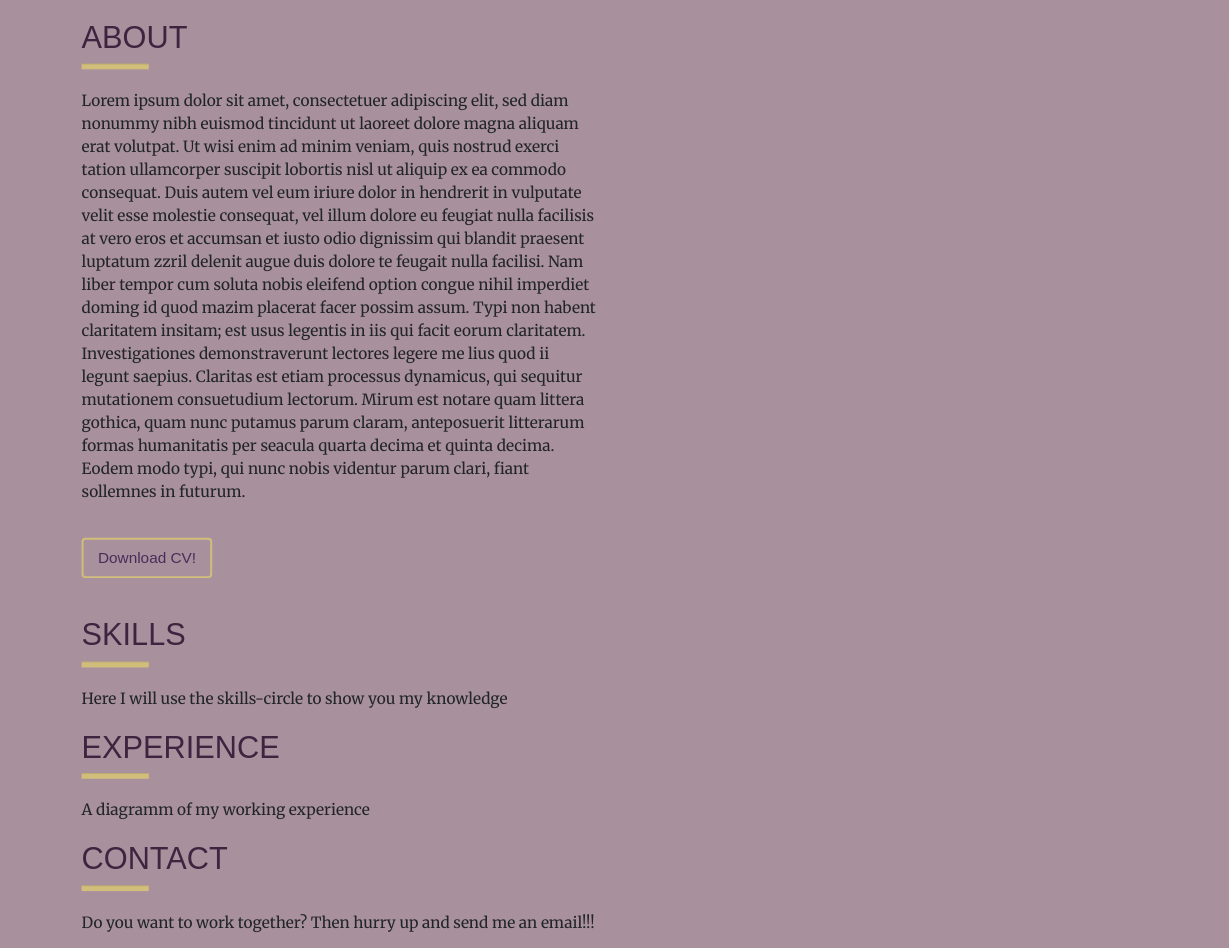
Repository: edshuli/Portfolio
Page: index.html
The author's editor kept a record of every edit. The page is drawn from the files as they stood at one moment, then again after the next edit.
The browser window is 1280 px wide. The pictures show the part of the page from y = 720 to 1708 px (the page is 1708 px tall), at 96% of full size.
Backgrounds fixed to the window are drawn as part of the page. Some web fonts or font styles are not loaded; a fallback is used.

Above is the page before.

### index.html
<!DOCTYPE html>
<html lang="en">

<head>
    <meta charset="UTF-8">
    <meta name="viewport" content="width=device-width, initial-scale=1.0">
    <meta http-equiv="X-UA-Compatible" content="ie=edge">
    <link rel="stylesheet" href="https://stackpath.bootstrapcdn.com/bootstrap/4.3.1/css/bootstrap.min.css" type="text/css" />
    <link rel="stylesheet" href="https://stackpath.bootstrapcdn.com/font-awesome/4.7.0/css/font-awesome.min.css" type="text/css" />
    <link rel="stylesheet" href="https://cdnjs.cloudflare.com/ajax/libs/hover.css/2.3.1/css/hover-min.css" type="text/css" />
    <link rel="stylesheet" href="assets/css/style.css" type="text/css" />
    <title>Edna Shuli - Full Stack Web Developer</title>
</head>

<body>

    <div class="container-fluid navbar-menu">
        <div class="row">
            <div class="col-12">
                <!-- NAVBAR -->
                <nav class="navbar navbar-expand-sm fixed-top navbar-light ">
                    <a href="index.html" class="navbar-brand"><i class="fa fa-home" aria-hidden="true"></i>Ed.Sh</a>
                    <button class="navbar-toggler" type="button" data-toggle="collapse" data-target="#menuDropdown" aria-controls="menuDropdown" aria-expanded="false" aria-label="Toggle navigation">
           <span class="navbar-toggler-icon"></span>
       </button>

                    <div id="menuDropdown" class="navbar-collapse collapse">
                        <ul class="navbar-nav mr-auto">
                            <li><a class="nav-link text-uppercase" href="#">about</a></li>
                            <li><a class="nav-link text-uppercase" href="#">skills</a></li>
                            <li><a class="nav-link text-uppercase" href="#">work</a></li>
                            <li><a class="nav-link text-uppercase" href="#">education</a></li>
                            <li><a class="nav-link text-uppercase" href="#">contact</a></li>
                            <li><a class="nav-link text-uppercase" href="#">cv</a></li>
                        </ul>
                    </div>
            </div>
        </div>
        </nav>
    </div>
    <div class="container-fluid homepage-container ">
        <div class="row">
            <div class="col-12">
                <!--  <div class="opaque-overlay">&nbsp;</div> -->
                <div class="jumbotron ">
                    <h1 class="header">Hi! I'm </br><span class="name">
            Edna Shuli</span></h1>
                    <p class="title">Full Stack Web Developer</p>
                </div>
            </div>
        </div>
    </div>

    <!-- <div class="container-fluid homepage-container"> -->

    <!-- NAVBAR -->
    <!--    <nav class="navbar navbar-light navbar-fixed-top ">
            <div class="navbar-container">
                <button class="navbar-toggler" type="button" data-toggle="collapse" data-target="#menuDropdown" aria-controls="menuDropdown" aria-expanded="false" aria-label="Toggle navigation">
           <span class="navbar-toggler-icon"></span>
       </button>

                <div id="menuDropdown" class="navbar-collapse collapse">
                    <ul class="navbar-nav ">
                        <li><a href="#">home</a></li>
                        <li><a href="#">about</a></li>
                        <li><a href="#">skills</a></li>
                        <li><a href="#">experience</a></li>
                        <li><a href="#">education</a></li>
                        <li><a href="#">contact</a></li>
                        <li><a href="#">cv</a></li>
                    </ul>
                </div>
            </div>
        </nav> -->
    <!-- JUMBOTRON-->

    <!--   <div class="jumbotron jumbotron-fluid "> -->
    <!-- <div class="opaque-overlay">&nbsp;</div> -->
    <!--       <h1 class="header text-uppercase">Hi! I'm </br><span class="name">
            Edna Shuli</span></h1>
            <h2 class="title">Full Stack Web Developer</h2>
        </div>
    </div>
-->




    <!-- ABOUT ME -->
    <section class="aboutme">
        <div class="container aboutme-container">
            <div class="row">
                <div class="col-md-6">

                    <h2 class="text-uppercase">About</h2>
                    <hr class="title-divider">
                    <div class="aboutmeitem">
                        <p>Lorem ipsum dolor sit amet, consectetuer adipiscing elit, sed diam nonummy nibh euismod tincidunt ut laoreet dolore magna aliquam erat volutpat. Ut wisi enim ad minim veniam, quis nostrud exerci tation ullamcorper suscipit lobortis
                            nisl ut aliquip ex ea commodo consequat. Duis autem vel eum iriure dolor in hendrerit in vulputate velit esse molestie consequat, vel illum dolore eu feugiat nulla facilisis at vero eros et accumsan et iusto odio dignissim
                            qui blandit praesent luptatum zzril delenit augue duis dolore te feugait nulla facilisi. Nam liber tempor cum soluta nobis eleifend option congue nihil imperdiet doming id quod mazim placerat facer possim assum. Typi non habent
                            claritatem insitam; est usus legentis in iis qui facit eorum claritatem. Investigationes demonstraverunt lectores legere me lius quod ii legunt saepius. Claritas est etiam processus dynamicus, qui sequitur mutationem consuetudium
                            lectorum. Mirum est notare quam littera gothica, quam nunc putamus parum claram, anteposuerit litterarum formas humanitatis per seacula quarta decima et quinta decima. Eodem modo typi, qui nunc nobis videntur parum clari, fiant
                            sollemnes in futurum.</p>
                    </div>
                    <button class="btn">Download CV!</button>
                </div>



            </div>
        </div>
    </section>



    <!-- Skills -->
    <div class="container skills-container">
        <section class="skills">
            <h2 class="text-uppercase">Skills</h2>
            <hr class="title-divider">
            <div class="skillsitem">
                <p>Here I will use the skills-circle to show you my knowledge</p>
            </div>
        </section>
    </div>



    <!-- Experience -->
    <div class="container experience-container">
        <section class="experience">
            <h2 class="text-uppercase">Experience</h2>
            <hr class="title-divider">
            <div class="work-history">
                <p>A diagramm of my working experience</p>
            </div>
        </section>
    </div>




    <!-- Contact -->
    <div class="container contact-container">
        <section class="contact">
            <h2 class="text-uppercase">Contact</h2>
            <hr class="title-divider">
            <div class="contact-info">
                <p>Do you want to work together? Then hurry up and send me an email!!!</p>
            </div>
        </section>
    </div>


    <!-- Download
        <section class="downloadcv">
           <button class="btn">Download CV!</button
        </section>
       -->
    <footer>

    </footer>

    <script src="https://code.jquery.com/jquery-3.3.1.slim.min.js" integrity="sha384-q8i/X+965DzO0rT7abK41JStQIAqVgRVzpbzo5smXKp4YfRvH+8abtTE1Pi6jizo" crossorigin="anonymous"></script>
    <script src="https://cdnjs.cloudflare.com/ajax/libs/popper.js/1.14.7/umd/popper.min.js" integrity="sha384-UO2eT0CpHqdSJQ6hJty5KVphtPhzWj9WO1clHTMGa3JDZwrnQq4sF86dIHNDz0W1" crossorigin="anonymous"></script>
    <script src="https://stackpath.bootstrapcdn.com/bootstrap/4.3.1/js/bootstrap.min.js" integrity="sha384-JjSmVgyd0p3pXB1rRibZUAYoIIy6OrQ6VrjIEaFf/nJGzIxFDsf4x0xIM+B07jRM" crossorigin="anonymous"></script>
</body>


</html>

### assets/css/style.css
@import url('https://fonts.googleapis.com/css?family=Merriweather:100,200,300,400,500,600,700|Playfair+Display:100,200,300,400,500,600,700|Nanum+Gothic:100,200,300,400');

body {
    font-family: "Merriweather", sans-serif;
    background-color: #a9909d;
}


/* ------------------------Button/Download--------------------*/

.btn {
    font: 16px "Playfair", sans-serif;
    color: #472e5a;
    margin: 20px 0px;
    padding: 10px 15px;
    border: 2px solid #d1be7b;
    display: inline-block;
}

/*---------------------HOMEPAGE/JUMBOTRON--------------------*/

.homepage-container {
    height: 100vh;
    background: url(../images/logo1.jpg) no-repeat center center fixed;
    -webkit-background-size: cover;
    -moz-background-size: cover;
    -o-background-size: cover;
    background-size: cover;

    display: flex;
    align-items: center;
    justify-content: center;
}



/*------------------------Jumbotron ---------------------*/

.jumbotron {
    background-color: transparent;
    margin-bottom: 0px;
    padding: 150px 700px 50px 0;
}

.header {
    color: #3e2832;
    font-size: 45px;
    font-weight: 300;
    margin-bottom: 10px;
}


.header {
    font-family: "Playfair", sans-serif;
}

span {
    font-family: "Merriweather", sans-serif;
}

.title {
    font-family: "Playfair", sans-serif;
    border-bottom-width: 1px;
    border-bottom-style: solid;
    border-bottom-color: #4f3943;
    border-top-width: 1px;
    border-top-style: solid;
    border-top-color: #4f3943;
    color: #4f3943;
    font-size: 25px;
    font-weight: 300;
    text-transform: uppercase;
    letter-spacing: 1px;
    padding: 15px 0;
}


/*---------------------------------Navbar ------------*/

.navbar {
    background-color: rgba(0, 0, 0, 0.7);
    overflow: hidden;
    position: fixed;

}

.navbar-menu {
    padding-left: 0;
    padding-right: 0;

}

.navbar-light .navbar-brand {
    letter-spacing: 1px;
    color: #d1be7b;
    font-size: 20px;
    font-weight: bold;

}

.navbar .navbar-nav a {
    font-weight: bold;
    color: #d1be7b;
    letter-spacing: 1px;
    text-decoration: none;
}

.navbar-light .navbar-nav .nav-link {
    color: #d1be7b;
}

.fa-home {
    color: #d1be7b;
}



/*-----------For mobile ------------*/

.navbar-collapse {
    text-align: right;
    display: block;
}

.navbar-toggler {
    line-height: 1;
    background-color: #f8f9fa7a;
    border: 1px solid #fafaf8;
    border-radius: .25rem;
}

/*----------------------------TITLES/HEADERS----------------------------*/

h2 {
    font-family: "Nanum+Gothic", sans-serif;
    color: #3f2440;
    background-color: transparent;
    margin-top:20px;
}

.title-divider{
    width: 70px;
    height: 5px;
    background-color: #d1be7b;
    margin: 0 0 20px 0;
}

/*--------------------------ABOUT ME-------------------*/

a{
    text-decoration: none;
    color:#3f2440;
}

ul{
    padding:0;
}

.personal-info ul li {
    border-bottom: 1px solid #d1be7b;
    padding: 35px 0;
    list-style:none;
    color:#3f2440;

}

.aboutme-container {}

.skills-container {}

.experience-container {}


.contact-container {}


/*------------------ MEDIA QUERRIES--------------*/

@media (max-width: 992px) {
    .homepage-container {
        background-attachment: scroll;
    }
}

/*
@media (min-width:768px){
    .jumbotron{
        padding-top:48px;
        padding-bottom:48px;
    }
}

*/

/*
.logo{
    background: url(../images/logo.jpg);
    background-position: center;
    background-repeat: no-repeat;
    background-size: cover;
    height: 300px;
    width: 200px;
}
.menucontainer{
  height: 100%;
  width: 200px;
  position: fixed;
  z-index: 1;
  top: 0;
  left: 0;
  background-color:rgba(105,52,102,1.3);
  overflow-x: hidden;
  padding-top: 250px;

}

.menuitem {
  padding: 6px 6px 6px 10px;
  text-decoration: none;
  font-size: 14px;
  color: #e5c54b;
  display: block;
  text-transform: uppercase;
}


*/

After the next edit:
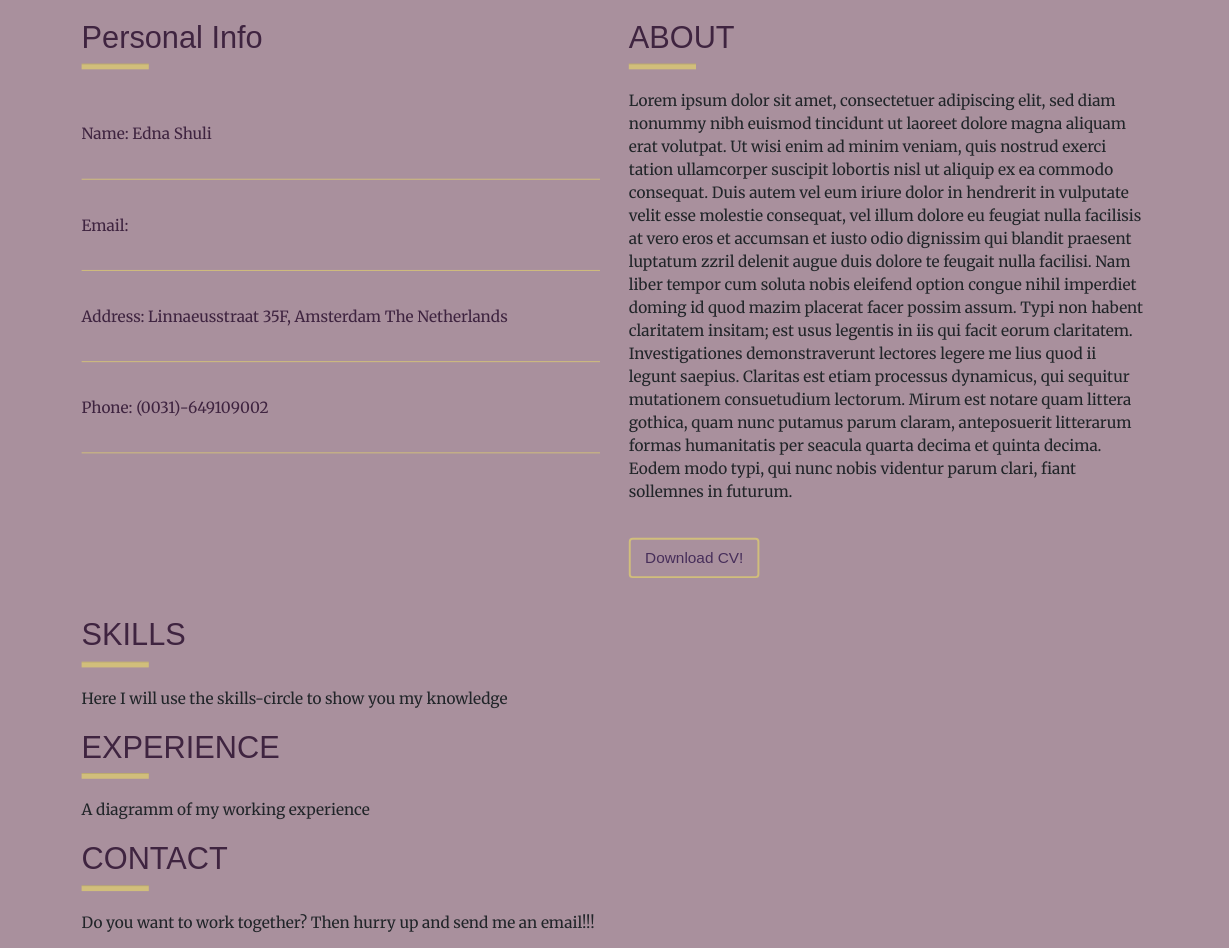
The edit:
--- a/index.html
+++ b/index.html
@@ -92,7 +92,18 @@
         <div class="container aboutme-container">
             <div class="row">
                 <div class="col-md-6">
-
+                   <div class="personal-info">
+                       <h2 class="uppercase">Personal Info</h2>
+                       <hr class="title-divider">
+                       <ul>
+                           <li>Name: Edna  Shuli</li>
+                           <li>Email: <a href="mailto:edna_shhuli@hotmail.gr"></a></li>
+                           <li>Address: Linnaeusstraat 35F, Amsterdam The Netherlands</li>
+                           <li>Phone: (0031)-649109002</li>
+                       </ul>
+                   </div>
+               </div>
+                <div class="col-md-6">
                     <h2 class="text-uppercase">About</h2>
                     <hr class="title-divider">
                     <div class="aboutmeitem">
